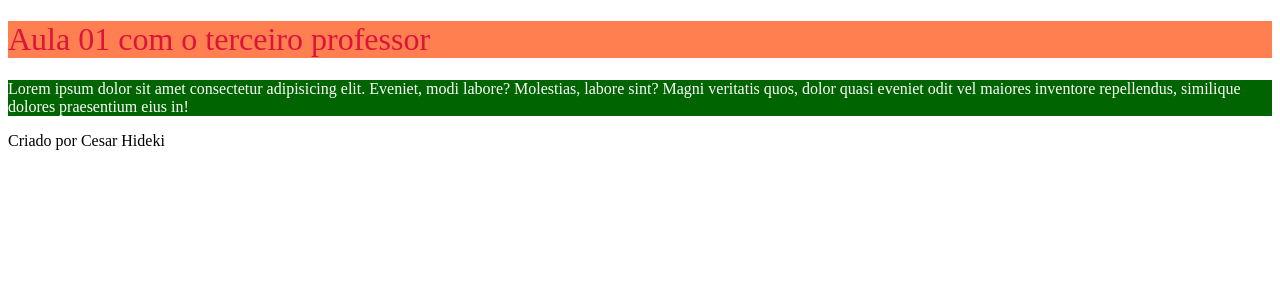
Repository: geracao-11/aula-01-pt2
Page: index.html
The author's editor kept a copy of each file at every save. The page is drawn from the files as they stood at one save, then again after a run of saves.
The browser window is 1280 px wide. The pictures show the whole page.

Above is the page before, as saved 2025-04-09 10:20:44.

### index.html
<!DOCTYPE html>
<html lang="en">
  <head>
    <meta charset="UTF-8" />
    <meta name="viewport" content="width=device-width, initial-scale=1.0" />
    <title>AULA 01</title>
    <link rel="stylesheet" href="style.css" />
  </head>
  <body>
    <header></header>
    <main>
      <h1>Aula 01 com o terceiro professor</h1>
      <div>
        <p>Lorem ipsum dolor sit amet consectetur adipisicing elit. Eveniet, modi labore? Molestias, labore sint? Magni veritatis quos, dolor quasi eveniet odit vel maiores inventore repellendus, similique dolores praesentium eius in!</p>
      </div>
    </main>
    <footer>Criado por Cesar Hideki</footer>
  </body>
</html>

### style.css
h1 {
    font-size: xx-large;
    font-weight: lighter;
    color: crimson;
    background-color: coral;
    width: 50;
}

div {
    background-color: darkgreen;
    color: white;
}

After the next 4 saves:
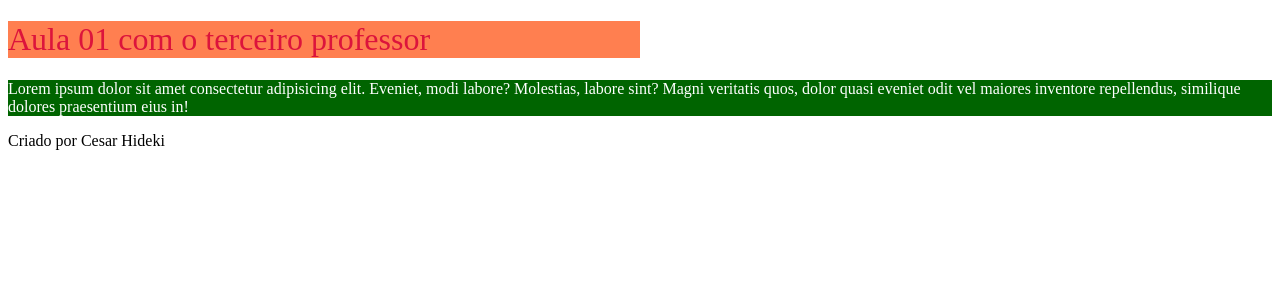
The 4 saves are shown as one change because they came seconds apart.
The last was saved 10 s later.
--- a/style.css
+++ b/style.css
@@ -3,7 +3,7 @@ h1 {
     font-weight: lighter;
     color: crimson;
     background-color: coral;
-    width: 50;
+    width: 50%;
 }
 
 div {
